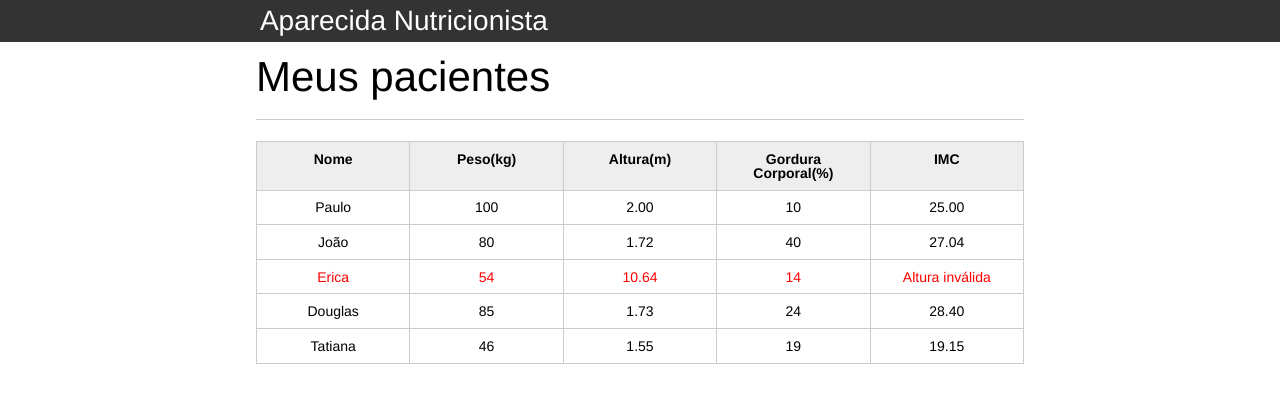
Repository: prof-fernando-alves/introducao-javascript
Page: index.html
An editor plug-in stored every save of this project. The page is shown before and after a run of saves, followed by the edit.
The browser window is 1280 px wide. The pictures show the whole page.

Above is the page before, as saved 2021-09-14 14:34:58.

### index.html
<!DOCTYPE html>
<html lang="pt-br">
	<head>
		<meta charset="UTF-8">
		<title>Aparecida Nutrição</title>
		<link rel="icon" href="favicon.ico" type="image/x-icon">
		<link rel="stylesheet" type="text/css" href="css/reset.css">
		<link rel="stylesheet" type="text/css" href="css/index.css">

	</head>
	<body>

		<header>
			<div class="container">
				<h2 class="titulo">Aparecida Nutrição</h2>
			</div>
		</header>
		<main>
			<section class="container">
				<h2>Meus pacientes</h2>
				<table>
					<thead>
						<tr>
							<th>Nome</th>
							<th>Peso(kg)</th>
							<th>Altura(m)</th>
							<th>Gordura Corporal(%)</th>
							<th>IMC</th>
						</tr>
					</thead>
					<tbody id="tabela-pacientes">
						<tr class="paciente" id="primeiro-paciente">
							<td class="info-nome">Paulo</td>
							<td class="info-peso">100</td>
							<td class="info-altura">2.00</td>
							<td class="info-gordura">10</td>
							<td class="info-imc">0</td>
						</tr>

						<tr class="paciente" >
							<td class="info-nome">João</td>
							<td class="info-peso">80</td>
							<td class="info-altura">1.72</td>
							<td class="info-gordura">40</td>
							<td class="info-imc">0</td>
						</tr>

						<tr class="paciente" >
							<td class="info-nome">Erica</td>
							<td class="info-peso">54</td>
							<td class="info-altura">10.64</td>
							<td class="info-gordura">14</td>
							<td class="info-imc">0</td>
						</tr>

						<tr class="paciente">
							<td class="info-nome">Douglas</td>
							<td class="info-peso">85</td>
							<td class="info-altura">1.73</td>
							<td class="info-gordura">24</td>
							<td class="info-imc">0</td>
						</tr>
						<tr class="paciente" >
							<td class="info-nome">Tatiana</td>
							<td class="info-peso">46</td>
							<td class="info-altura">1.55</td>
							<td class="info-gordura">19</td>
							<td class="info-imc">0</td>
						</tr>
					</tbody>
				</table>

			</section>
		</main>

		<script src="js/principal.js" ></script>

	</body>
</html>

### css/index.css
*{
	box-sizing: border-box;
 }

body{
	font-family: "Helvetica Neue", "Helvetica", Helvetica, Arial, sans-serif;
	font-size: 14px;
}

header{
	background-color: #333;
	height: 3em;
	color: #FFF;
	margin-bottom: 1em;
}

header h1{
	font-size: 2em;
	display:inline-block;
	vertical-align:	middle;
}
header h2{
	font-size: 2em;
	display:inline-block;
	vertical-align:	middle;
}

header .container:before{
	content: '';
	display:inline-block;
	height: 100%;
	vertical-align:	middle;
}

.container{
	width: 60%;
	height: 100%;
	margin: 0 auto;
}

section{
	margin: 2em 0;
	overflow: hidden;
}

section h2{
	font-size: 3em;
	display: block;
	padding-bottom: .5em;
	border-bottom: 1px solid #ccc;
	margin-bottom: .5em;
}

table{
	width: 100%;
	margin-bottom : .5em;
    table-layout: fixed;

}

td, th {
	padding: .7em;
	margin: 0;
	border: 1px solid #ccc;
	text-align: center;
}

th{
	font-weight: bold;
	background-color: #EEE;
}

label{
	color: #555;
	display: block;
	margin-bottom: .2em;
}

.campo{
	margin: 0;
	padding-bottom: 1em;
	width: 100%;
	border: 1px solid #ccc;
	padding: .7em;
	width: 100%;
}

.campo-medio{
	display: inline-block;
	padding-right: .5em;
}

.grupo{
	width: 32%;
	display: inline-block;
	padding: 10px 0px;
}

button{
	padding: .5em 2em;
	border: 0;
	border-bottom: 3px solid;
	font-size: 1.2em;
	cursor: pointer;
	margin: 0;
	margin-top: -3px;
	color: #fff;
	background-color:#0c8cd3;
	border-color: #04324c;
	width: 20%;
    display: block;
    clear: both;
    margin: 10px 0px;

}

button:active{
	margin-top:0px;
	border: 0;
}

button[disabled=disabled], button:disabled {
    background-color: gray;
	border-color: darkgray;

}

.adicionar-paciente{
    margin-top: 30px;
}

.campo-invalido{
	border: 1px solid red;
}

### js/principal.js
var titulo = document.querySelector(".titulo");
titulo.textContent = "Aparecida Nutricionista";

var pacientes = document.querySelectorAll(".paciente");

for (var i=0; i < pacientes.length; i++){
        var paciente = pacientes[i]

        var tdPeso = paciente.querySelector(".info-peso");
        var peso = tdPeso.textContent;

        var tdAltura = paciente.querySelector(".info-altura");
        var altura = tdAltura.textContent;

        var tdImc = paciente.querySelector(".info-imc");

        var pesoEhValido = true;
        var alturaEhValida = true;

        if (peso <= 0 || peso >= 1000) {
            console.log("Peso inválido!");
            pesoEhValido = false;
            tdImc.textContent = "Peso inválido";
        }

        if (altura <= 0 || altura >= 3.00) {
            console.log("Altura inválida!");
            alturaEhValida = false;
            tdImc.textContent = "Altura inválida";
            paciente.style.color = "red"
        }

        if (pesoEhValido && alturaEhValida) {
            var imc = peso / (altura * altura);
            tdImc.textContent = imc.toFixed(2);
}
}

Loaded but not shown: css/reset.css (common file)

After the next 5 saves:
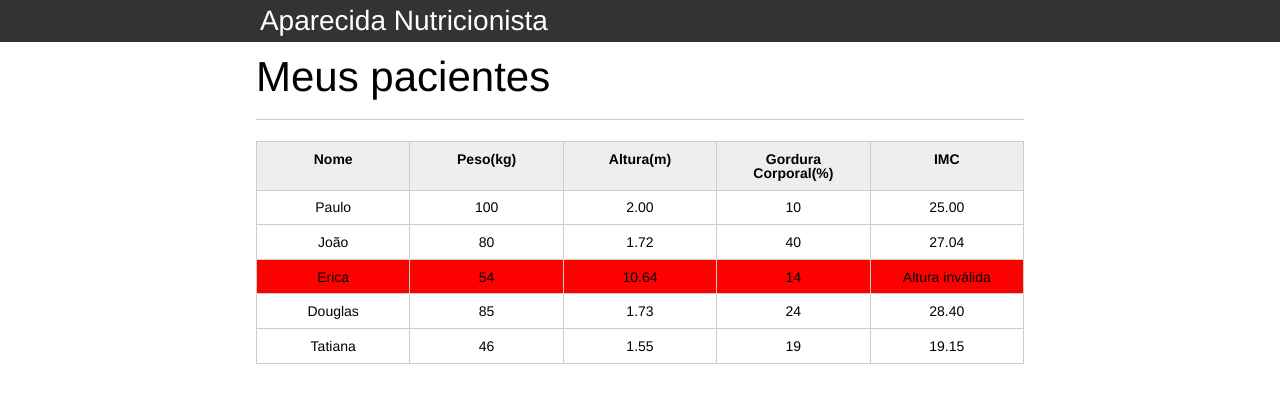
The 5 saves are shown as one change because they came seconds apart.
The last was saved 35 s later.
--- a/js/principal.js
+++ b/js/principal.js
@@ -27,7 +27,7 @@ for (var i=0; i < pacientes.length; i++){
             console.log("Altura inválida!");
             alturaEhValida = false;
             tdImc.textContent = "Altura inválida";
-            paciente.style.color = "red"
+            paciente.style.backgroundColor = "red"
         }
 
         if (pesoEhValido && alturaEhValida) {
